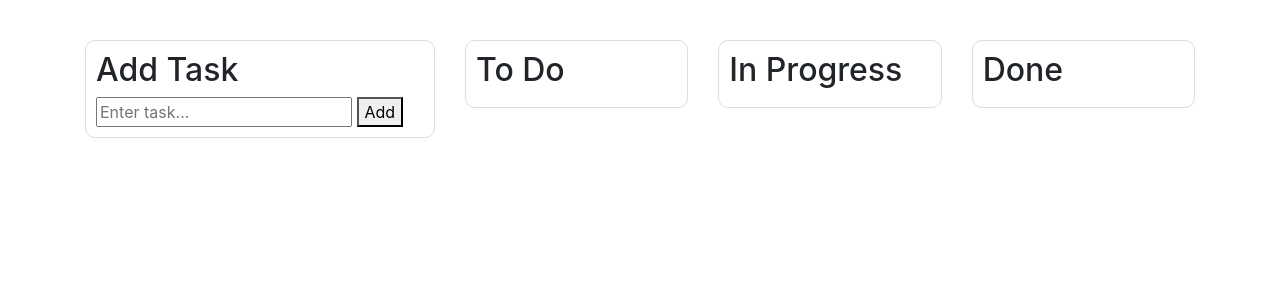
Repository: ZakariaZhlat125/test-rar-it
Page: http://localhost/
An editor plug-in stored every save of this project. The page is shown before and after the next save, followed by the edit.
The browser window is 1280 px wide. The pictures show the whole page.
Some web libraries are served in a nearby version. The page is run by PHP 8.4 with error messages shown; the project is at /var/www/html/. The database holds what the project's SQL file puts in it.

Above is the page before, as saved 2024-03-01 23:07:17.

### index.php
<!DOCTYPE html>
<html lang="en">
<head>
  <meta charset="UTF-8">
  <meta name="viewport" content="width=device-width, initial-scale=1.0">
  <link href="https://stackpath.bootstrapcdn.com/bootstrap/4.5.0/css/bootstrap.min.css" rel="stylesheet">
  <link rel="stylesheet" href="styles.css">
  <title>Drag and Drop To-Do List</title>
</head>
<body>

<div class="container">
  <div class="row">
    <div class="col-md-4">
      <div id="add-task" class="task-list" ondrop="drop(event)" ondragover="allowDrop(event)">
        <h2>Add Task</h2>
        <input type="text" id="taskInput" placeholder="Enter task...">
        <button onclick="addTask()">Add</button>
      </div>
    </div>

    <div class="col-md-8">
      <div class="row">
        <div class="col-md-4">
          <div id="todo-list" class="task-list" ondrop="drop(event)" ondragover="allowDrop(event)">
            <h2>To Do</h2>
          </div>
        </div>
        <div class="col-md-4">
          <div id="in-progress-list" class="task-list" ondrop="drop(event)" ondragover="allowDrop(event)">
            <h2>In Progress</h2>
          </div>
        </div>
        <div class="col-md-4">
          <div id="done-list" class="task-list" ondrop="drop(event)" ondragover="allowDrop(event)">
            <h2>Done</h2>
          </div>
        </div>
      </div>
    </div>
  </div>
</div>

<script src="https://code.jquery.com/jquery-3.5.1.slim.min.js"></script>

<script src="https://cdn.jsdelivr.net/npm/@popperjs/core@2.10.2/dist/umd/popper.min.js"></script>
<script src="https://stackpath.bootstrapcdn.com/bootstrap/4.5.0/js/bootstrap.min.js"></script>
<script src="script.js"></script>
</body>
</html>

### fetch_tasks.php
<?php
$servername = "localhost";
$username = "root";
$password = "";
$dbname = "docdb";

$conn = new mysqli($servername, $username, $password, $dbname);

if ($conn->connect_error) {
    die("Connection failed: " . $conn->connect_error);
}

$status = isset($_GET['status']) ? $_GET['status'] : null;

if ($status !== null) {
    // Adjust the SQL query based on your database schema
    $sql = "SELECT * FROM tasks WHERE status = '$status' ORDER BY date_created ";
    $result = $conn->query($sql);

    if ($result->num_rows > 0) {
        while ($row = $result->fetch_assoc()) {
            echo '<div class="task-item" id="' . $row['id'] . '" draggable="true" ondragstart="drag(event)">' . $row['name'] . '</div>';
        }
    } else {
        echo '<p>No tasks in this category</p>';
    }
}

$conn->close();

### styles.css
body {
  margin: 20px;
  padding: 20px;
}
.container {
display: flex;
flex-direction: column;
}
.bigbox {
  border: 1px solid #ddd;
  padding: 10px;
  border-radius: 10px;
  display: flex;
  justify-content: space-between;
}
.task-list {
  border: 1px solid #ddd;
  padding: 10px;
  border-radius: 10px;
  margin-bottom: 20px;
}

.task-item {
  background-color: #fafaf8;
  border: 1px solid #b5bcc2;
  border-radius: 10px;
  margin-bottom: 5px;
  padding: 10px;
  cursor: grab;
  position: relative;
}
.delete-btn {
  position: absolute;
  border: none;
  background: none;
  top: 5px;
  right: 5px;
  cursor: pointer;
}

.delete-btn:hover {
  color: red;
}

### script.js
$(document).ready(function () {
  // Fetch and display tasks from the database on page load
  fetchAndDisplayTasks("todo", "todo-tasks-container");
  fetchAndDisplayTasks("in-progress", "in-progress-tasks-container");
  fetchAndDisplayTasks("done", "done-tasks-container");
});

function fetchAndDisplayTasks(listId, containerId) {
  $.ajax({
    type: "GET",
    url: "fetch_tasks.php", // Adjust the URL based on your server-side implementation
    data: { status: listId },
    success: function (response) {
      // Append tasks to the specified container
      $("#" + containerId).html(response);
      addDeleteButtons();
      addDragListeners();
    },
    error: function (xhr, status, error) {
      console.error("Error fetching tasks: " + xhr.responseText);
    },
  });
}

function addDragListeners() {
  // Add dragstart event listener to each task
  $(".task-item").on("dragstart", function (event) {
    event.originalEvent.dataTransfer.setData("text", event.target.id);
  });

  // Add drop event listener to each task list
  $(".task-list").on("drop", function (event) {
    event.preventDefault();
    var data = event.originalEvent.dataTransfer.getData("text");
    console.log(data);
    var draggedElement = $("#" + data);

    // Get the target task list
    var targetList = $(event.target).closest(".task-list");

    // Append the dragged element to the target task list
    if (targetList) {
      targetList.append(draggedElement);
      // Update the status in the database
      updateTaskStatus(draggedElement.attr("id"), targetList.attr("id"));
    }
  });

  // Add dragover event listener to each task list
  $(".task-list").on("dragover", function (event) {
    event.preventDefault();
  });
  $(".delete-btn").on("dragstart", function (event) {
    event.stopPropagation();
  });
}
function allowDrop(event) {
  event.preventDefault();
}

function drag(event) {
  event.dataTransfer.setData("text", event.target.id);
}

function drop(event) {
  event.preventDefault();
  var data = event.dataTransfer.getData("text");
  var draggedElement = document.getElementById(data);

  // Get the target task list
  var targetList = event.target.closest(".task-list");

  // Append the dragged element to the target task list
  if (targetList) {
    targetList.appendChild(draggedElement);
  }

  // TODO: Check if the target list is the "Add Task" box and handle accordingly
  if (targetList.id === "add-task") {
    // Add task handling logic here
    addTask(draggedElement.textContent);
  }

  // TODO: Save data to the database using AJAX and update the server-side records
  saveTaskToDatabase();
}

function addTask(taskText) {
  var taskInput = document.getElementById("taskInput");
  var taskText = taskInput.value.trim();

  if (taskText !== "") {
    // Create a new task item
    var newTask = document.createElement("div");
    newTask.textContent = taskText;
    newTask.className = "task-item";
    newTask.draggable = true;
    newTask.id = "task" + Math.floor(Math.random() * 1000);
    // Make the newly added task draggable
    newTask.setAttribute("draggable", true);
    newTask.setAttribute("ondragstart", "drag(event)");

    // Append the new task to the "Add Task" box
    var addTaskBox = document.getElementById("add-task");
    addTaskBox.appendChild(newTask);

    // Clear the input field
    taskInput.value = "";

    // Save the task to the database
    saveTaskToDatabase(newTask.textContent);
  }
}

function saveTaskToDatabase(taskText) {
  // TODO: Implement AJAX to save the task to the database
  $.ajax({
    type: "POST",
    url: "save.php",
    data: {
      taskText: taskText,
      action: "addTask", // Indicate that this is an add task action
    },
    success: function (response) {
      console.log(response);
    },
    error: function (xhr, status, error) {
      console.error("Error: " + xhr.responseText);
    },
  });
  addDragListeners();
}

function updateTaskStatus(taskId, status) {
  $.ajax({
    type: "POST",
    url: "update_status.php",
    data: {
      taskId: taskId,
      status: status,
    },
    success: function (response) {
      console.log(response);
    },
    error: function (xhr, status, error) {
      console.error("Error updating task status: " + xhr.responseText);
    },
  });
}

////  delete  /////
function addDeleteButtons() {
  // Add a delete button to each task
  $(".task-item").each(function () {
    // Check if the delete button is already added to the task
    if ($(this).find(".delete-btn").length === 0) {
      var deleteButton = $("<button>")
        .addClass("delete-btn")
        .text("x")
        .click(function () {
          deleteTask($(this).closest(".task-item"));
        });

      $(this).append(deleteButton);
    }
  });
}

function deleteTask(taskItem) {
  var taskId = taskItem.attr("id");

  // TODO: Remove the task from the database using AJAX and update the server-side records
  removeTaskFromDatabase(taskId);

  // Remove the task item from the DOM
  taskItem.remove();
}

function removeTaskFromDatabase(taskId) {
  // TODO: Implement AJAX to remove the task from the database
  $.ajax({
    type: "POST",
    url: "remove.php",
    data: {
      taskId: taskId,
      action: "removeTask", // Indicate that this is a remove task action
    },
    success: function (response) {
      console.log(response);
    },
    error: function (xhr, status, error) {
      console.error("Error: " + xhr.responseText);
    },
  });
}

### docdb.sql (the tables this page reads)
CREATE TABLE `tasks` (
  `id` int(11) NOT NULL,
  `name` varchar(255) NOT NULL,
  `date_created` timestamp NOT NULL DEFAULT current_timestamp(),
  `status` varchar(50) DEFAULT 'todo'
) ENGINE=InnoDB DEFAULT CHARSET=utf8mb4 COLLATE=utf8mb4_general_ci;

INSERT INTO `tasks` (`id`, `name`, `date_created`, `status`) VALUES
(7, 'test', '2024-03-01 19:39:43', 'done'),
(9, 'test', '2024-03-01 20:20:03', 'todo'),
(10, 'test', '2024-03-01 20:20:09', 'done'),
(11, 'eeeex', '2024-03-01 20:21:06', 'todo'),
(15, 'testx', '2024-03-01 20:24:11', 'todo');

ALTER TABLE `tasks`
  ADD PRIMARY KEY (`id`);

ALTER TABLE `tasks`
  MODIFY `id` int(11) NOT NULL AUTO_INCREMENT, AUTO_INCREMENT=16;

After the next save:
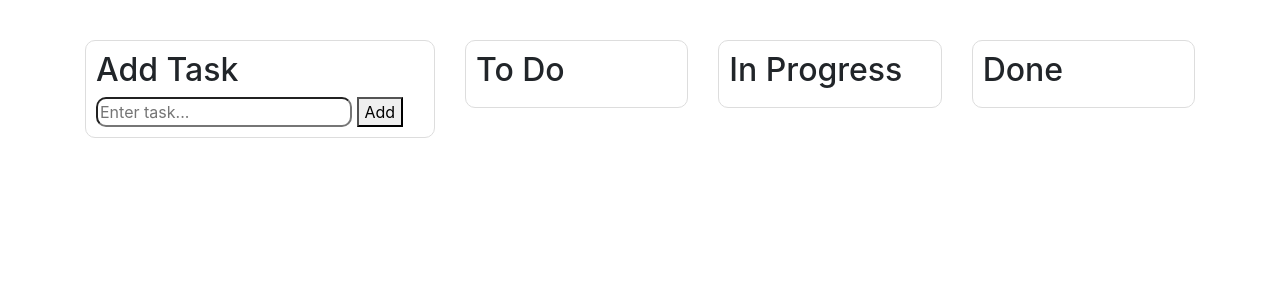
Saved 25 s later.
--- a/styles.css
+++ b/styles.css
@@ -41,3 +41,7 @@ flex-direction: column;
 .delete-btn:hover {
   color: red;
 }
+
+#taskInput {
+  border-radius: 10px;
+}
